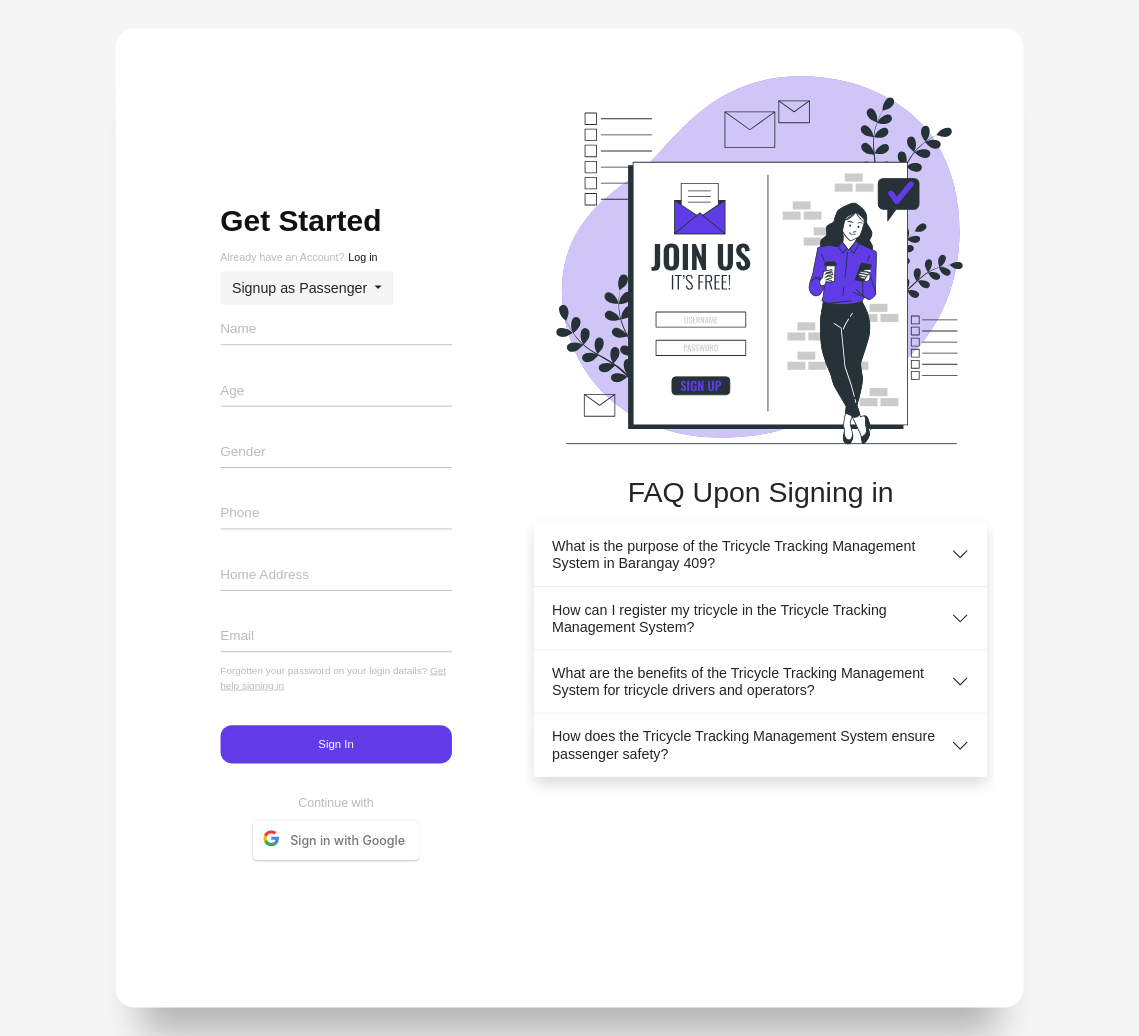
Repository: adrcstro/plate-to-place
Page: http://localhost/Loginsystem/Passenger.php
An editor plug-in stored every save of this project. The page is shown before and after the next save, followed by the edit.
The browser window is 1280 px wide. The pictures show the whole page, at 89% of full size.
Some web fonts or font styles are not loaded; a fallback is used. Some web libraries are served in a nearby version. The page is run by PHP 8.4 with error messages shown; the project is at /var/www/html/.

Above is the page before, as saved 2023-10-31 12:53:46.

### Loginsystem/Passenger.php
<!DOCTYPE html>
<html lang="en">
<head>
    <meta charset="UTF-8">
    <meta name="viewport" content="width=device-width, initial-scale=1.0">
    <link rel="shortcut icon" type="x-icon" href="../images/webicon.png">
    <link rel="stylesheet" href="../css/bootstrap.min.css">
    <link rel="stylesheet" href="https://cdnjs.cloudflare.com/ajax/libs/font-awesome/6.3.0/css/all.min.css" integrity="sha512-SzlrxWUlpfuzQ+pcUCosxcglQRNAq/DZjVsC0lE40xsADsfeQoEypE+enwcOiGjk/bSuGGKHEyjSoQ1zVisanQ==" crossorigin="anonymous" referrerpolicy="no-referrer"/>
    <link rel="stylesheet" href="passenger.css">

    <title>Brangay409-3WHeel-Tracking-System</title>
</head>

<body>

<main>
      <div class="box">
        <div class="inner-box">
          <div class="forms-wrap">
            <form action="index.html" autocomplete="off" class="sign-in-form">

<script>
    function changeLoginType(type) {
        document.getElementById('loginDropdown').innerText = 'Login as ' + type;
    }
</script>
              <div class="heading">
                <h2>Get Started</h2>
                <h6>Already have an Account?</h6>
                <a href="#" class="toggle" data-target="img-2">Log in</a>
              </div>
              <div class="dropdown">
    <button class="btn dropdown-toggle" type="button" data-bs-toggle="dropdown" aria-expanded="false" id="loginDropdown">
        Signup as Passenger
    </button>
    <ul class="dropdown-menu">
        <li><a class="dropdown-item" href="Passenger.php" onclick="changeLoginType('Passenger')">Passenger</a></li>
        <li><a class="dropdown-item" href="Driverlogin.php" onclick="changeLoginType('Driver')">Driver</a></li>

    </ul>
</div>
<div class="formsignin">



              <div class="actual-form">
                <div class="input-wrap">
                  <input
                    type="text"
                    minlength="4"
                    class="input-field"
                    autocomplete="off"
                    required
                  />
                  <label>Name</label>
                </div>

                <div class="input-wrap">
                  <input
                    type="password"
                    minlength="4"
                    class="input-field"
                    autocomplete="off"
                    required
                  />
                  <label>Age</label>
                </div>

                <div class="input-wrap">
                  <input
                    type="text"
                    minlength="4"
                    class="input-field"
                    autocomplete="off"
                    required
                  />
                  <label>Gender</label>
                </div>

                <div class="input-wrap">
                  <input
                    type="text"
                    minlength="4"
                    class="input-field"
                    autocomplete="off"
                    required
                  />
                  <label>Phone</label>
                </div>
                <div class="input-wrap">
                  <input
                    type="text"
                    minlength="4"
                    class="input-field"
                    autocomplete="off"
                    required
                  />
                  <label>Home Address</label>
                </div>

                <div class="input-wrap">
                  <input
                    type="text"
                    minlength="4"
                    class="input-field"
                    autocomplete="off"
                    required
                  />
                  <label>Email</label>
                </div>

                <p class="text">
                  Forgotten your password on your login datails?

                  <a href="Forgotpassword.php" data-target="img-2">Get help signing in</a>
                </p>
                <input type="submit" value="Sign In" class="sign-btn" />
                <h5 id="textcon">Continue with</h5>
                <button type="button" class="login-with-google-btn" >
                Sign in with Google
                 </button>
              </div>
              </div>
            </form>


          </div>
          <div class="carousel">
  <div class="images-wrapper">
    <img src="../images/Signup.svg" class="image img-2 show" alt="" />
  </div>

  <div class="col-md-12">
         <h2 class="mt-2 text-center" id="FAQ">FAQ Upon Signing in</h2>
         <div class="accordion accordion-flush p-2" id="accordionFlushExample">
          <div class="accordion-item bg-white shadow">
            <h2 class="accordion-header">
              <button class="accordion-button collapsed" type="button" data-bs-toggle="collapse" data-bs-target="#flush-collapseOne" aria-expanded="false" aria-controls="flush-collapseOne">
                What is the purpose of the Tricycle Tracking Management System in Barangay 409?
              </button>
            </h2>
            <div id="flush-collapseOne" class="accordion-collapse collapse" data-bs-parent="#accordionFlushExample">
              <div class="accordion-body">The Tricycle Tracking Management System aims to streamline tricycle operations and ensure passenger safety and efficient transportation services within the barangay.</div>
            </div>
          </div>
          <div class="accordion-item shadow">
            <h2 class="accordion-header">
              <button class="accordion-button collapsed" type="button" data-bs-toggle="collapse" data-bs-target="#flush-collapseTwo" aria-expanded="false" aria-controls="flush-collapseTwo">
                How can I register my tricycle in the Tricycle Tracking Management System?
              </button>
            </h2>
            <div id="flush-collapseTwo" class="accordion-collapse collapse" data-bs-parent="#accordionFlushExample">
              <div class="accordion-body">To register your tricycle, visit the barangay office and submit the required documents, including the tricycle's registration papers, driver's license, and other necessary permits.</div>
            </div>
          </div>
          <div class="accordion-item shadow">
            <h2 class="accordion-header">
              <button class="accordion-button collapsed" type="button" data-bs-toggle="collapse" data-bs-target="#flush-collapseThree" aria-expanded="false" aria-controls="flush-collapseThree">
                What are the benefits of the Tricycle Tracking Management System for tricycle drivers and operators?
              </button>
            </h2>
            <div id="flush-collapseThree" class="accordion-collapse collapse" data-bs-parent="#accordionFlushExample">
              <div class="accordion-body">The system provides improved transparency in fare collection, enhances security measures for both drivers and passengers, and facilitates better route planning, leading to increased efficiency and profitability for tricycle operators.
              </div>
            </div>
          </div>

          <div class="accordion-item shadow">
            <h2 class="accordion-header">
              <button class="accordion-button collapsed" type="button" data-bs-toggle="collapse" data-bs-target="#flush-collapseFour" aria-expanded="false" aria-controls="flush-collapseFour">
                How does the Tricycle Tracking Management System ensure passenger safety?
              </button>
            </h2>
            <div id="flush-collapseFour" class="accordion-collapse collapse" data-bs-parent="#accordionFlushExample">
              <div class="accordion-body">The system integrates safety measures such as  Report Management, Legal Action Provider, and driver identification features, which enable swift responses to any emergency situations during tricycle rides.</div>
            </div>
          </div>



        </div>
         </div>


</div>
        </div>
      </div>
    </main>



</body>
<script src="../js/bootstrap.bundle.js"></script>
    <script src="login.js"></script>

</html>

### Loginsystem/passenger.css
@import url("https://fonts.googleapis.com/css2?family=Poppins:wght@200;300;400;500;600;700;800&display=swap");
@import url('https://fonts.googleapis.com/css2?family=Advent+Pro:wght@200&display=swap');
@import url('https://fonts.googleapis.com/css2?family=Advent+Pro:wght@200&family=Montserrat+Alternates&display=swap');
@import url('http://fonts.googleapis.com/css?family=Open+Sans:400,700');
*,
*::before,
*::after {
  padding: 0;
  margin: 0;
  box-sizing: border-box;
}
#textcon{
  padding: 4px;
  text-align: center;
  color: #bababa;
  font-size: 14px;
}
.login-with-google-btn {
  transition: background-color .3s, box-shadow .3s;
  padding: 12px 16px 12px 42px;
  border: none;
  border-radius: 5px;
  box-shadow: 0 -1px 0 rgba(0, 0, 0, .04), 0 1px 1px rgba(0, 0, 0, .25);
  display: block;
    margin: auto;
  color: #757575;
  font-size: 14px;
  font-weight: 500;
  font-family: -apple-system,BlinkMacSystemFont,"Segoe UI",Roboto,Oxygen,Ubuntu,Cantarell,"Fira Sans","Droid Sans","Helvetica Neue",sans-serif;

  background-image: url(data:[embedded picture, 822 characters]);
  background-color: white;
  background-repeat: no-repeat;
  background-position: 12px 11px;

  &:hover {
    background-color: #f3f3f3b6;
  }

  &:active {
    background-color: #eeeeee;
  }
}
  &:focus {
    outline: none;
    box-shadow:
      0 -1px 0 rgba(0, 0, 0, .04),
      0 2px 4px rgba(0, 0, 0, .25),
      0 0 0 3px #c8dafc;
  }

.logo {
  text-align: center;
}
.logo br {
  font-size: 1px; /* Adjust the font size as per your requirement */
}
body,
input {
  font-family: 'Montserrat Alternates', sans-serif;

}
#loginDropdown{
  background-color: whitesmoke;
}

main {
  width: 100%;
  min-height: 100vh;
  overflow: hidden;
  background-color: whitesmoke;
  padding: 2rem;
  display: flex;
  align-items: center;
  justify-content: center;
}

.box {
  position: relative;
  width: 100%;
  max-width: 1020px;
  height: 1100px;
  background-color: #fff;
  border-radius: 1.3rem;
  box-shadow: 0 60px 40px -30px rgba(0, 0, 0, 0.27);
}

.inner-box {
  position: absolute;
  width: calc(100% - 4.1rem);
  height: calc(100% - 4.1rem);
  top: 50%;
  left: 50%;
  transform: translate(-50%, -50%);
}

.forms-wrap {
  position: absolute;
  height: 100%;
  width: 45%;
  top: 0;
  left: 0;
  display: grid;
  grid-template-columns: 1fr;
  grid-template-rows: 1fr;
  transition: 0.8s ease-in-out;
}

form {
  max-width: 260px;
  width: 100%;
  margin: 0 auto;
  height: 100%;
  display: flex;
  flex-direction: column;
  justify-content: space-evenly;
  grid-column: 1 / 2;
  grid-row: 1 / 2;
  transition: opacity 0.02s 0.4s;
  border: #aaa;
}

form.sign-up-form {
  opacity: 0;
  pointer-events: none;

}

.logo {
  display: flex;
  align-items: center;
}


.logo h4 {
  font-size: 1.1rem;
  margin-top: -9px;
  letter-spacing: -0.5px;
  color: #151111;
}

.heading h2 {
  font-size: 2.1rem;
  font-weight: 600;
  color: #151111;
}

.heading h6 {
  color: #bababa;
  font-weight: 400;
  font-size: 0.75rem;
  display: inline;
}

.toggle {
  color: #151111;
  text-decoration: none;
  font-size: 0.75rem;
  font-weight: 500;
  transition: 0.3s;
}

.toggle:hover {
  color: #8371fd;
}

.input-wrap {
  position: relative;
  height: 37px;
  margin-bottom: 2rem;
}

.input-field {
  position: absolute;
  width: 100%;
  height: 100%;
  background: none;
  border: none;
  outline: none;
  border-bottom: 1px solid #bbb;
  padding: 0;
  font-size: 0.95rem;
  color: #151111;
  transition: 0.4s;
}

label {
  position: absolute;
  left: 0;
  top: 50%;
  transform: translateY(-50%);
  font-size: 0.95rem;
  color: #bbb;
  pointer-events: none;
  transition: 0.4s;
}

.input-field.active {
  border-bottom-color: #151111;
}

.input-field.active + label {
  font-size: 0.75rem;
  top: -2px;
}
.logtext{
  margin-top: -1rem;
}
.sign-btn {
  display: inline-block;
  width: 100%;
  height: 43px;
  background-color: #603ce6;
  color: #fff;
  border: none;
  cursor: pointer;
  border-radius: 0.8rem;
  font-size: 0.8rem;
  margin-bottom: 2rem;
  transition: 0.3s;
}
.show {
  display: block;
}

.FAQESTION{
  margin-top: -3rem;
}



.hide {
  display: none;
}

.sign-btn:hover {
  background-color: #6a5cc4;
}

.text {
  color: #bbb;
  font-size: 0.7rem;
  transform: translateY(-20px);
}

.text a {
  color: #bbb;
  transition: 0.3s;

}




.text a:hover {
  color: #8371fd;
}

main.sign-up-mode form.sign-in-form {
  opacity: 0;
  pointer-events: none;
}

main.sign-up-mode form.sign-up-form {
  opacity: 1;
  pointer-events: all;
}

main.sign-up-mode .forms-wrap {
  left: 55%;
}

main.sign-up-mode .carousel {
  left: 0%;
}

.carousel {
  position: absolute;
  height: 100%;
  width: 55%;
  left: 45%;
  top: 0;
  background-color: white;
  border-radius: 2rem;
  display: grid;
  grid-template-rows: auto 1fr;
  padding-bottom: 2rem;
  overflow: hidden;
  transition: 0.8s ease-in-out;
}

.images-wrapper {
  display: grid;
  grid-template-columns: 1fr;
  grid-template-rows: 1fr;
}
.hide {
  display: none;
}
.image {
  width: 100%;
 height: 90%;
  grid-column: 1/2;
  grid-row: 1/2;
  opacity: 0;
  transition: opacity 0.3s, transform 0.5s;
}

.img-1 {
  transform: translate(0, -50px);
}

.img-2 {
  transform: scale(0.4, 0.5);
}

.img-3 {
  transform: scale(0.3) rotate(-20deg);
}

.image.show {
  opacity: 1;
  transform: none;
}

.text-slider {
  display: flex;
  align-items: center;
  justify-content: center;
  flex-direction: column;
margin-top: -4rem;

}

.text-wrap {
  max-height: 3.1rem;
  overflow: hidden;
  margin-bottom: 2.3rem;
}

.text-group {
  display: flex;
  flex-direction: column;
  text-align: center;
  transform: translateY(0);
  transition: 0.5s;
}

.text-group h2 {
  line-height: 2.2rem;
  font-weight: 600;
  font-size: 1.6rem;
}

.bullets {
  display: flex;
  align-items: center;
  justify-content: center;
  margin-top: -2.4rem;
}

.bullets span {
  display: block;
  width: 0.5rem;
  height: 0.5rem;
  background-color: #aaa;
  margin: 0 0.25rem;
  border-radius: 50%;
  cursor: pointer;
  transition: 0.3s;
}
.dropdown{
  margin-top: -9rem;
}
.actual-form{
  margin-top: -6rem;
}
.bullets span.active {
  width: 1.1rem;
  background-color: #151111;
  border-radius: 1rem;
}
.actual-form{
  margin-top: 20px;
  }
  .col-md-12{
    margin-top: -4rem;
  }

  .sign-in-form{
    margin-top: -4rem;
  }
.formsignin{
  margin-top: -10rem;
}
.sign-in-form{
  margin-top: 1rem;
}











@media (max-width: 850px) {
  .box {
    height: auto;
    max-width: 550px;
    overflow: hidden;
  }

  .inner-box {
    position: static;
    transform: none;
    width: revert;
    height: revert;
    padding: 2rem;
  }

  .forms-wrap {
    position: revert;
    width: 100%;
    height: auto;
  }

  form {
    max-width: revert;
    padding: 1.5rem 2.5rem 2rem;
    transition: transform 0.8s ease-in-out, opacity 0.45s linear;
  }

  .heading {
    margin: 2rem 0;
  }

  form.sign-up-form {
    transform: translateX(100%);
  }

  main.sign-up-mode form.sign-in-form {
    transform: translateX(-100%);
  }

  main.sign-up-mode form.sign-up-form {
    transform: translateX(0%);
  }

  .carousel {
    position: revert;
    height: auto;
    width: 100%;
    padding: 3rem 2rem;
    display: flex;
  }

  .images-wrapper {
    display: none;
  }

  .text-slider {
    width: 100%;
  }

  .text-slider{
    margin-top: 3rem;
}
.actual-form{
margin-top: 2rem;
}
.col-md-12{
  margin-top: -3rem;
}
.dropdown{
  margin-top: -1rem;
}
.sign-in-form{
  margin-top: -1rem;
}

.formsignin{
  margin-top: 1rem;
}


}

@media (max-width: 528px) {
  main {
    padding: 1rem;
  }

  .box {
    border-radius: 2rem;
  }

  .inner-box {
    padding: 1rem;
  }

  .carousel {
    padding: 1.5rem 1rem;
    border-radius: 1.6rem;
  }

  .text-wrap {
    margin-bottom: 1rem;
  }

  .text-group h2 {
    font-size: 1.2rem;
  }

  form {
    padding: 1rem 2rem 1.5rem;
  }

  .bullets{
    margin-top: -1rem;
}
.col-md-12{
  margin-top: 1rem;
}


}








@media (max-width: 390px) {
    .text-slider{
        margin-top: 2rem;
    }

}

### Loginsystem/login.js
const inputs = document.querySelectorAll(".input-field");
const toggle_btn = document.querySelectorAll(".toggle");
const main = document.querySelector("main");
const bullets = document.querySelectorAll(".bullets span");
const images = document.querySelectorAll(".image");

inputs.forEach((inp) => {
  inp.addEventListener("focus", () => {
    inp.classList.add("active");
  });
  inp.addEventListener("blur", () => {
    if (inp.value != "") return;
    inp.classList.remove("active");
  });
});

toggle_btn.forEach((btn) => {
  btn.addEventListener("click", () => {
    main.classList.toggle("sign-up-mode");
  });
});

function moveSlider() {
  let index = this.dataset.value;

  let currentImage = document.querySelector(`.img-${index}`);
  images.forEach((img) => img.classList.remove("show"));
  currentImage.classList.add("show");

  const textSlider = document.querySelector(".text-group");
  textSlider.style.transform = `translateY(${-(index - 1) * 2.2}rem)`;

  bullets.forEach((bull) => bull.classList.remove("active"));
  this.classList.add("active");
}

bullets.forEach((bullet) => {
  bullet.addEventListener("click", moveSlider);
});

document.addEventListener('DOMContentLoaded', function () {
  const toggleLinks = document.querySelectorAll('.toggle');
  toggleLinks.forEach(function(toggleLink) {
    toggleLink.addEventListener('click', function (event) {
      event.preventDefault();
      const targetId = toggleLink.getAttribute('data-target');
      const textSlider = document.querySelector('.text-group');
      if (targetId === 'img-1') {
        const targetText = 'Get Started';
        textSlider.innerHTML = `<h2>${targetText}</h2>`;
      } else if (targetId === 'img-2') {
        const targetText = 'Join us';
        textSlider.innerHTML = `<h2>${targetText}</h2>`;
      }
    });
  });
});

Loaded but not shown: css/bootstrap.min.css (library); js/bootstrap.bundle.js (library); Images/Signup.svg (1 lines, source omitted)

After the next save:
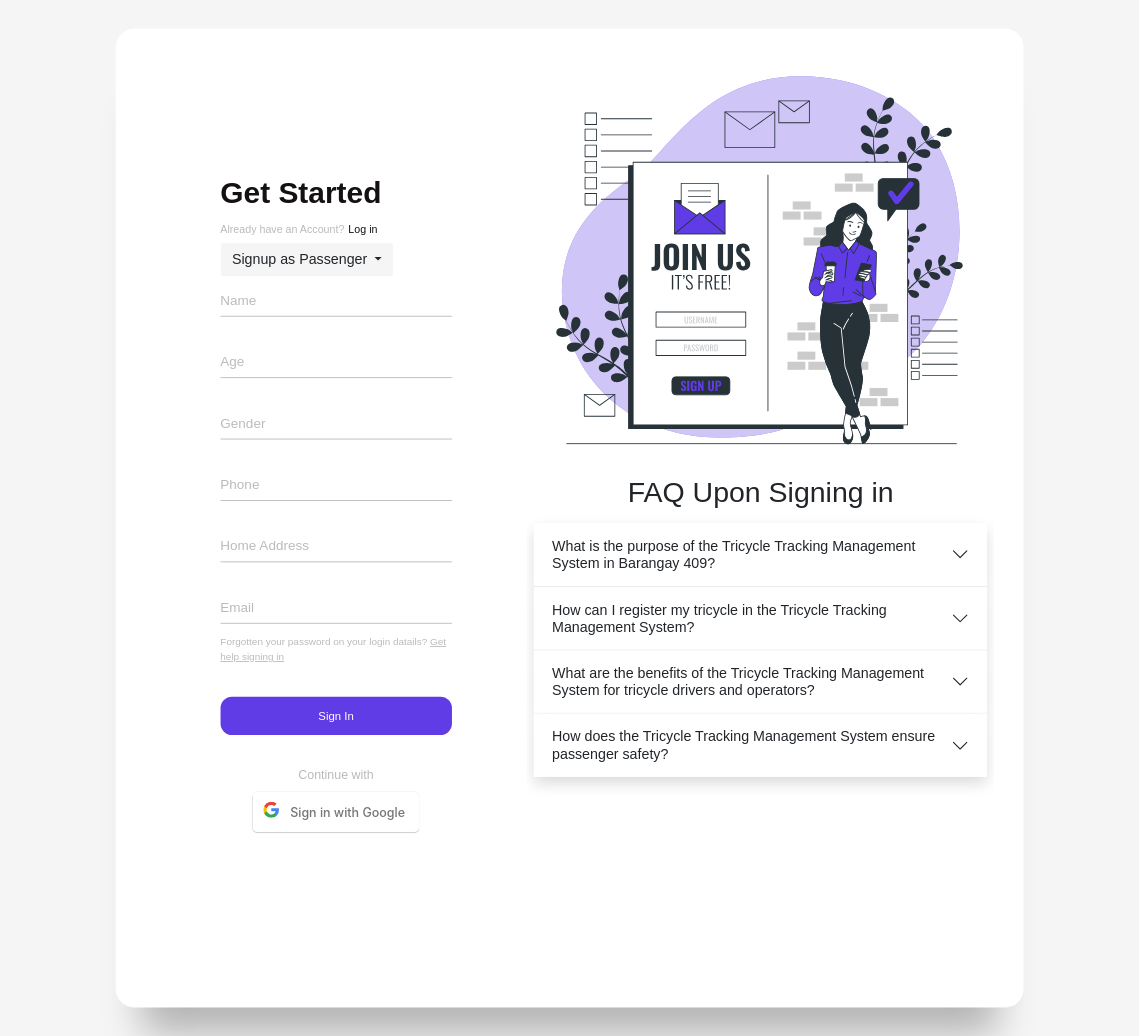
Saved 6 s later.
--- a/Loginsystem/passenger.css
+++ b/Loginsystem/passenger.css
@@ -394,7 +394,7 @@ margin-top: -4rem;
   margin-top: -10rem;
 }
 .sign-in-form{
-  margin-top: 1rem;
+  margin-top: -1rem;
 }
 
 
